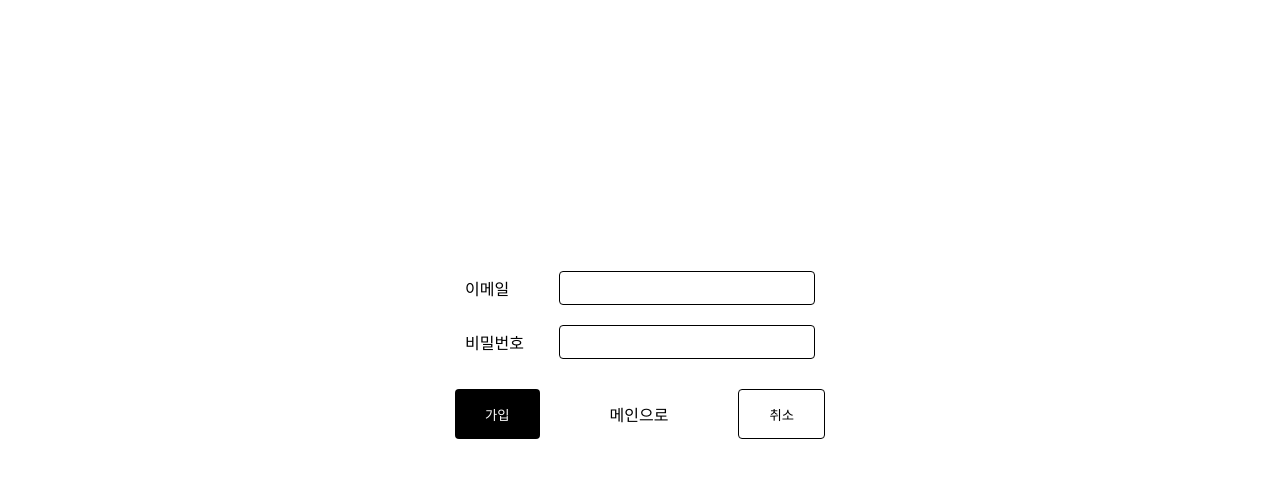
Repository: momo0170/react-shopping
Page: /register
An editor plug-in stored every save of this project. The page is shown before and after the next save, followed by the edit.
The browser window is 1280 px wide. The pictures show the whole page.
The page's requests for data from a server got no answer. Some web fonts or font styles are not loaded; a fallback is used. The project was rebuilt for these pictures with package versions that can differ from the ones it lists, and the page was loaded fresh each time. No one was signed in, and anything a server would have sent is missing. Also part of the build but not shown: src/App.css, src/css/Header.module.css, src/components/Header.jsx, src/App.js, src/router/Products.jsx, src/css/Login.module.css, src/router/Login.jsx.

Above is the page before, as saved 2023-02-24 19:01:02.

### public/index.html
<!DOCTYPE html>
<html lang="en">
  <head>
    <meta charset="utf-8" />
    <link rel="icon" href="%PUBLIC_URL%/images/shopping.png" />
    <meta name="viewport" content="width=device-width, initial-scale=1" />
    <meta name="theme-color" content="#000000" />
    <meta
      name="description"
      content="Web site created using create-react-app"
    />
    <!-- <link rel="apple-touch-icon" href="%PUBLIC_URL%/logo192.png" /> -->
    <!--
      manifest.json provides metadata used when your web app is installed on a
      user's mobile device or desktop. See https://developers.google.com/web/fundamentals/web-app-manifest/
    -->

    <!--
      Notice the use of %PUBLIC_URL% in the tags above.
      It will be replaced with the URL of the `public` folder during the build.
      Only files inside the `public` folder can be referenced from the HTML.

      Unlike "/favicon.ico" or "favicon.ico", "%PUBLIC_URL%/favicon.ico" will
      work correctly both with client-side routing and a non-root public URL.
      Learn how to configure a non-root public URL by running `npm run build`.
    -->
    <title>Shoppy</title>
    <link rel="preconnect" href="https://fonts.googleapis.com" />
    <link rel="preconnect" href="https://fonts.gstatic.com" crossorigin />
    <link
      href="https://fonts.googleapis.com/css2?family=Nanum+Gothic+Coding&display=swap"
      rel="stylesheet"
    />
  </head>
  <body>
    <noscript>You need to enable JavaScript to run this app.</noscript>
    <div id="root"></div>
    <!--
      This HTML file is a template.
      If you open it directly in the browser, you will see an empty page.

      You can add webfonts, meta tags, or analytics to this file.
      The build step will place the bundled scripts into the <body> tag.

      To begin the development, run `npm start` or `yarn start`.
      To create a production bundle, use `npm run build` or `yarn build`.
    -->
  </body>
</html>

### src/index.js
import React from 'react';
import ReactDOM from 'react-dom/client';
import './index.css';
import App from './App';
import { createBrowserRouter, RouterProvider } from 'react-router-dom';
import Products from './router/Products';
import Login from './router/Login';
import Register from './router/Register';

const router = createBrowserRouter([
  {
    path: '/',
    element: <App />,
    children: [
      {
        index: true,
        element: <Products />,
      },
    ],
  },
  {
    path: '/login',
    element: <Login />,
  },
  {
    path: '/register',
    element: <Register />,
  },
]);
const root = ReactDOM.createRoot(document.getElementById('root'));
root.render(
  <RouterProvider router={router}>
    <App />
  </RouterProvider>
);

### src/index.css
:root {
  --margin-small: 5px;
  --margin-medium: 10px;
  --margin-large: 20px;
  --margin-xlarge: 30px;

  --font-xsmall: 14px;
  --font-small: 16px;
  --font-medium: 24px;
  --font-large: 32px;
  --font-xlarge: 36px;
  --font-xxlarge: 44px;
}

body {
  margin: 0;
  font-family: 'Nanum Gothic Coding', monospace;
}

button {
  font-family: 'Nanum Gothic Coding', monospace;
}

### src/router/Register.jsx
import React, { useState } from 'react';
import { registerUser } from '../firebase/Firebase-Auth';
import styles from '../css/Register.module.css';
import { useNavigate } from 'react-router-dom';

export default function Register() {
  const navigate = useNavigate();
  const [account, setAccount] = useState({
    email: '',
    password: '',
  });

  const onChangeAccount = (e) => {
    setAccount({
      ...account,
      [e.target.name]: e.target.value,
    });
  };

  // 회원가입
  const registerAccount = () => {
    const result = window.confirm('가입하시겠습니까?');
    result && registerUser(account.email, account.password);
  };

  const goToHome = () => {
    navigate('/');
  };
  console.log(`이메일 : ${account.email}`);
  console.log(`비밀번호 : ${account.password}`);
  return (
    <main className={styles.main}>
      <div className={styles.email}>
        <span>이메일</span>
        <input type="text" name="email" onChange={onChangeAccount} />
      </div>
      <div className={styles.password}>
        <span>비밀번호</span>
        <input type="password" name="password" onChange={onChangeAccount} />
      </div>
      <div className={styles.btns}>
        <button onClick={registerAccount} className={styles.registerBtn}>
          가입
        </button>
        <span className={styles.homeBtn} onClick={goToHome}>
          메인으로
        </span>
        <button className={styles.cancelBtn}>취소</button>
      </div>
    </main>
  );
}

### src/firebase/Firebase-Auth.js
import { initializeApp } from 'firebase/app';
import { getAuth, createUserWithEmailAndPassword } from 'firebase/auth';

const firebaseConfig = {
  apiKey: process.env.REACT_APP_API_KEY,
  authDomain: process.env.REACT_APP_AUTH_DOMAIN,
  databaseURL: process.env.REACT_APP_DATABASE_URL,
  projectId: process.env.REACT_APP_PROJECT_ID,
  storageBucket: process.env.REACT_APP_STORAGE_BUCKET,
  messagingSenderId: process.env.REACT_APP_MESSAGING_ID,
  appId: process.env.REACT_APP_APP_ID,
};

const app = initializeApp(firebaseConfig);
const auth = getAuth(app);

// firebase에 사용자 등록
export function registerUser(email, password) {
  createUserWithEmailAndPassword(auth, email, password)
    .then((userCredential) => {
      // Signed in
      const user = userCredential.user;
      console.log(user);
      // ...
    })
    .catch((error) => {
      console.log(error);
      // ..
    });
}

### src/css/Register.module.css
.main {
  display: flex;
  flex-direction: column;
  justify-content: center;
  align-items: center;
  width: 500px;
  height: 100vh;
  margin: 0 auto;
}

.email,
.password {
  width: 350px;
  display: flex;
  justify-content: space-between;
  align-items: center;
}

.email input,
.password input {
  width: 250px;
  height: 30px;
  margin: var(--margin-medium) 0;
  border: 0.5px solid black;
  border-radius: 4px;
  font-size: var(--font-small);
}

.email input:focus,
.password input:focus {
  outline: 1px solid black;
}

.btns {
  display: flex;
  justify-content: space-evenly;
}
.btns * {
  border: none;
  border-radius: 4px;
  cursor: pointer;
  margin: var(--margin-large);
  padding: calc(var(--margin-large) / 1.5) calc(var(--margin-large) * 1.5);
  /* font-size: var(--font-small); */
}
.registerBtn {
  color: white;
  background-color: black;
}

.cancelBtn {
  background-color: white;
  border: 1px solid black;
}

After the next save:
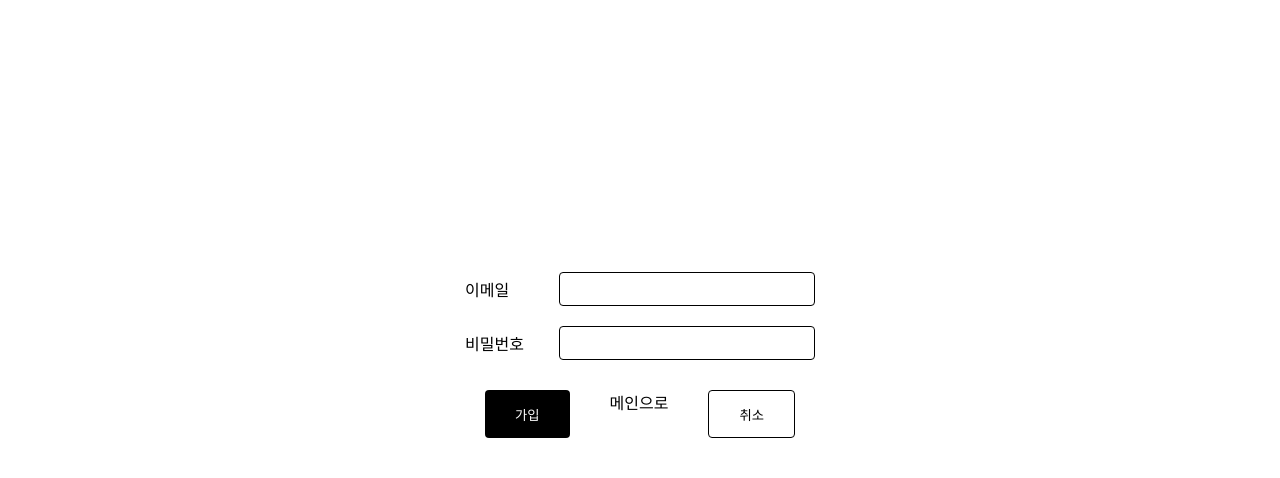
Saved 13 s later.
--- a/src/css/Register.module.css
+++ b/src/css/Register.module.css
@@ -47,7 +47,9 @@
   color: white;
   background-color: black;
 }
-
+.homeBtn {
+  padding: 0;
+}
 .cancelBtn {
   background-color: white;
   border: 1px solid black;
